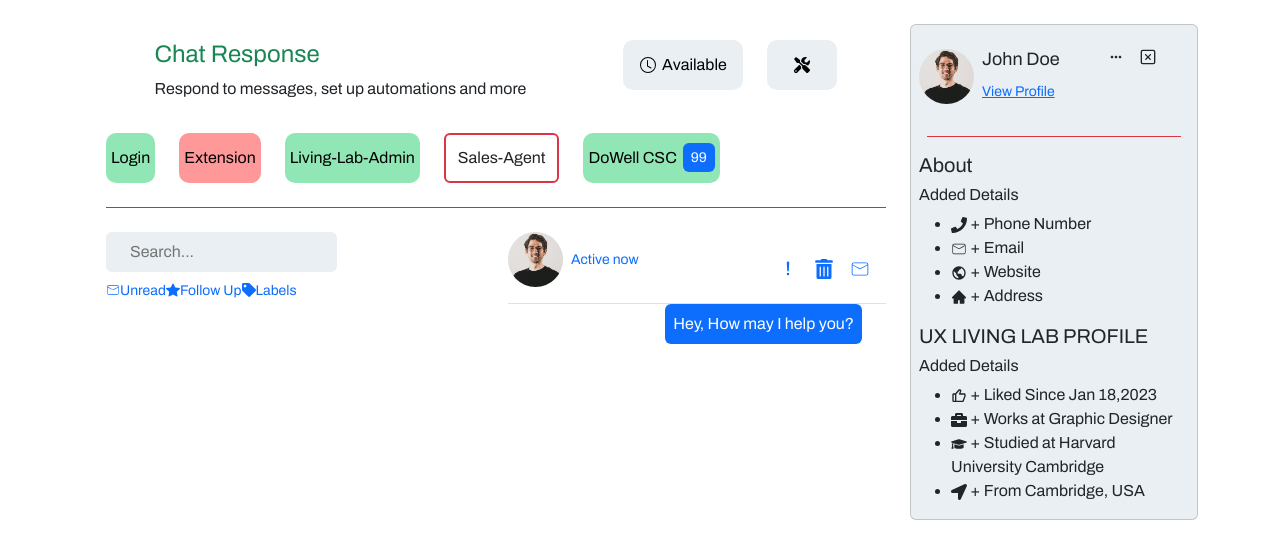
Repository: uh-sman/UX-Living-Lab-Chat
Page: /
An editor plug-in stored every save of this project. The page is shown before and after the next save, followed by the edit.
The browser window is 1280 px wide. The pictures show the whole page.
The project was rebuilt for these pictures with package versions that can differ from the ones it lists, and the page was loaded fresh each time.

Above is the page before, as saved 2023-05-10 17:59:19.

After the next save:
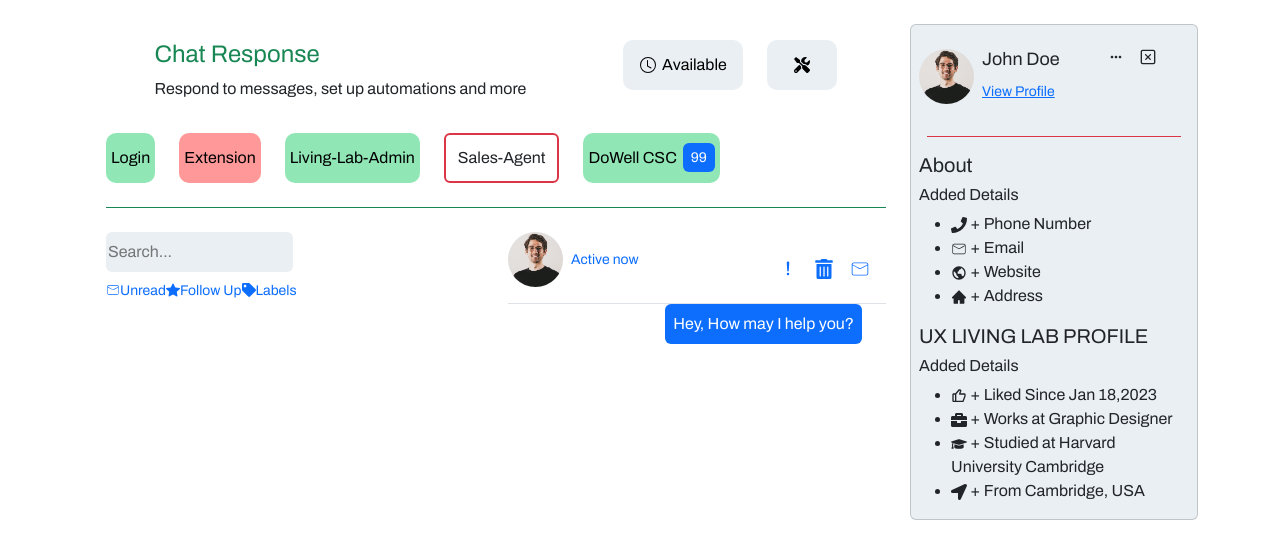
Saved 52 s later.
--- a/src/container/Chats/SearchBar.jsx
+++ b/src/container/Chats/SearchBar.jsx
@@ -8,7 +8,7 @@ const SearchBar = () => {
       <div className="overflow-y-scroll">
         <form>
           <input
-            className="input rounded bi bi-search py-2 px-4"
+            className="input rounded bi bi-search py-2"
             placeholder="Search..."
           />
           <i className="bi bi-search"></i>
